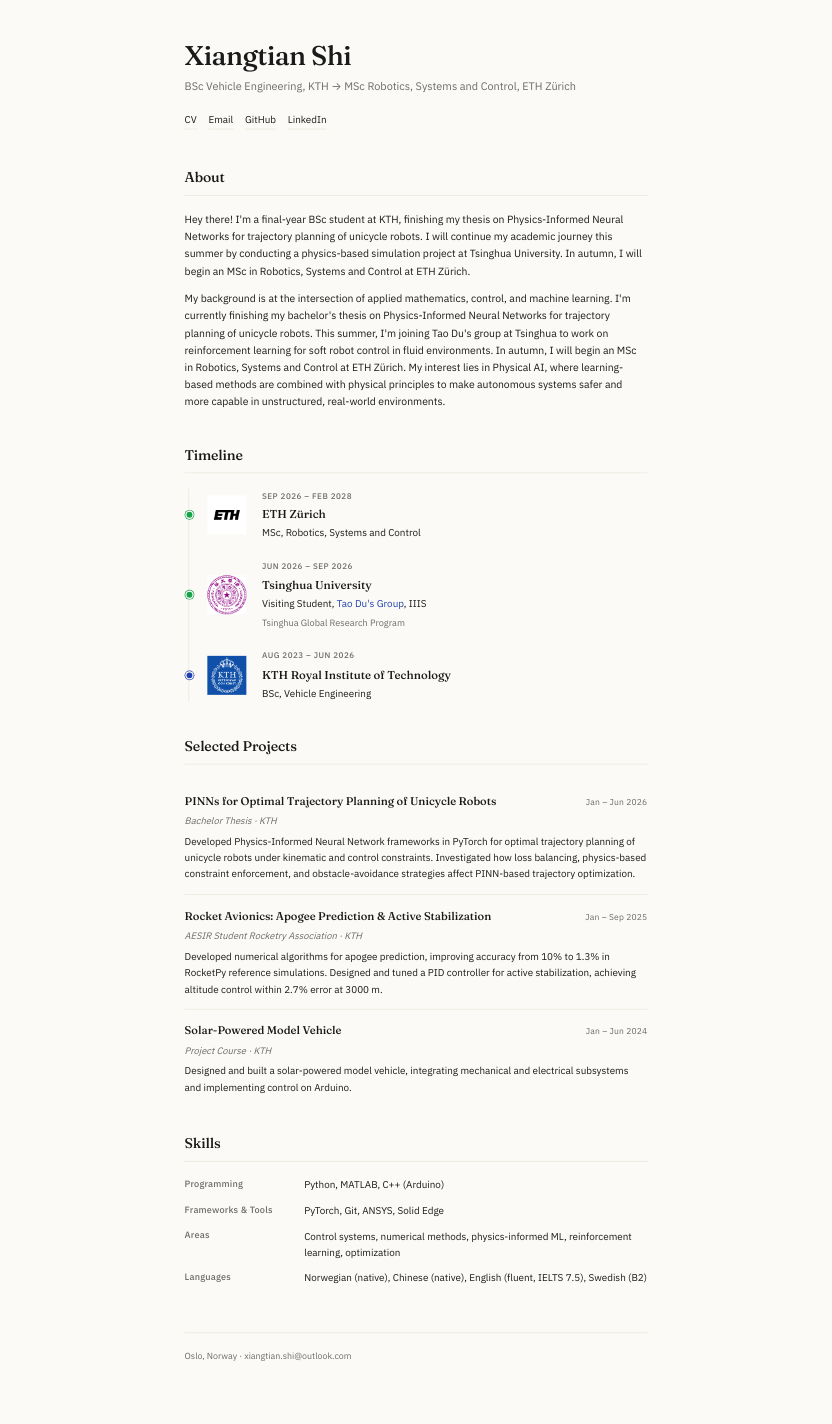
Repository: xitisch/xitisch.github.io
Page: index.html
These files come from the project's save history. The page is drawn as it stood at one moment and after the next save; the edit follows.
The browser window is 1280 px wide. The pictures show the whole page, at 65% of full size.

Above is the page before, as saved 2026-06-08 03:23:16.

After the next save:
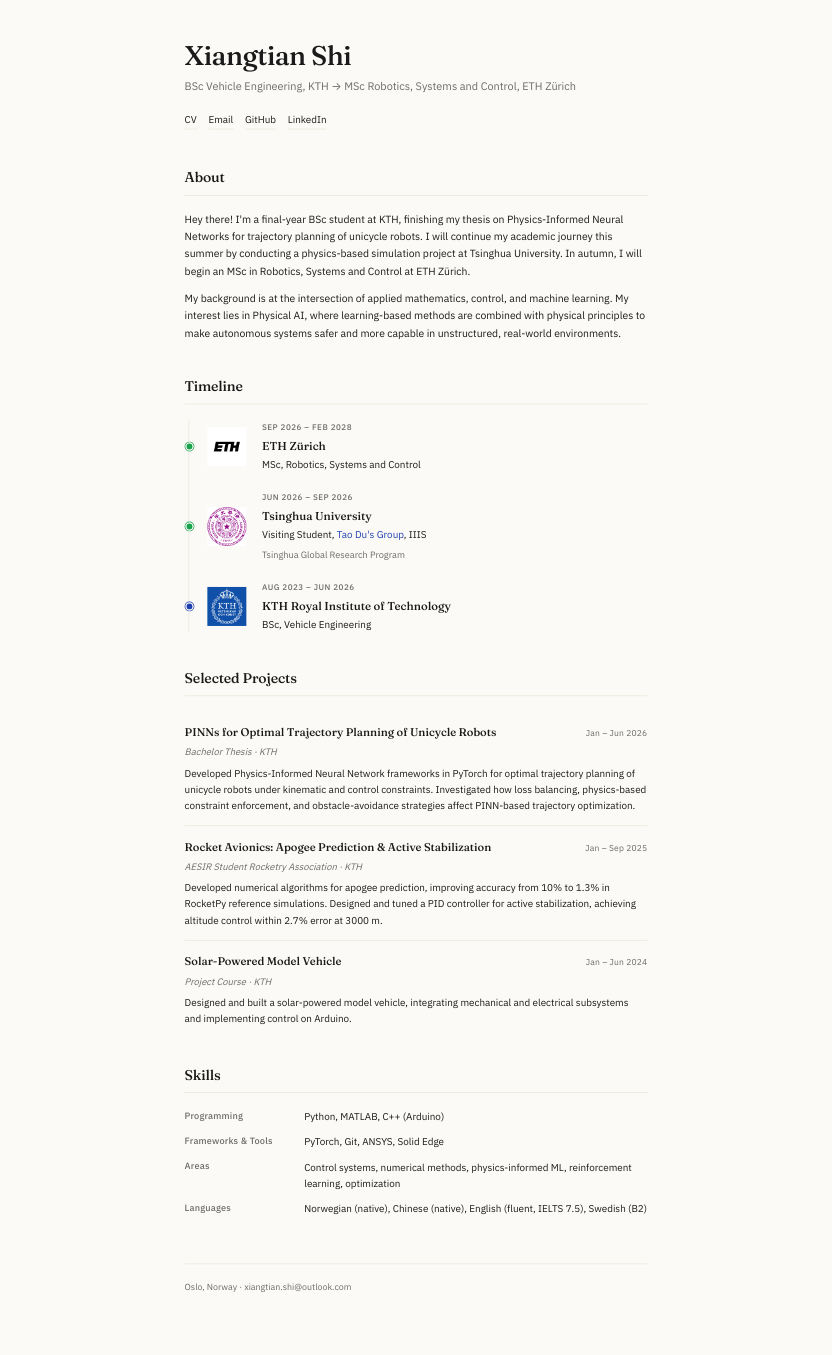
Saved 11 s later.
--- a/index.html
+++ b/index.html
@@ -26,7 +26,7 @@
       Hey there! I'm a final-year BSc student at KTH, finishing my thesis on Physics-Informed Neural Networks for trajectory planning of unicycle robots. I will continue my academic journey this summer by conducting a physics-based simulation project at Tsinghua University. In autumn, I will begin an MSc in Robotics, Systems and Control at ETH Zürich.
       </p>
       <p>
-      My background is at the intersection of applied mathematics, control, and machine learning. I'm currently finishing my bachelor's thesis on Physics-Informed Neural Networks for trajectory planning of unicycle robots. This summer, I'm joining Tao Du's group at Tsinghua to work on reinforcement learning for soft robot control in fluid environments. In autumn, I will begin an MSc in Robotics, Systems and Control at ETH Zürich. My interest lies in Physical AI, where learning-based methods are combined with physical principles to make autonomous systems safer and more capable in unstructured, real-world environments.
+      My background is at the intersection of applied mathematics, control, and machine learning. My interest lies in Physical AI, where learning-based methods are combined with physical principles to make autonomous systems safer and more capable in unstructured, real-world environments.
       </p>
     </section>
 
